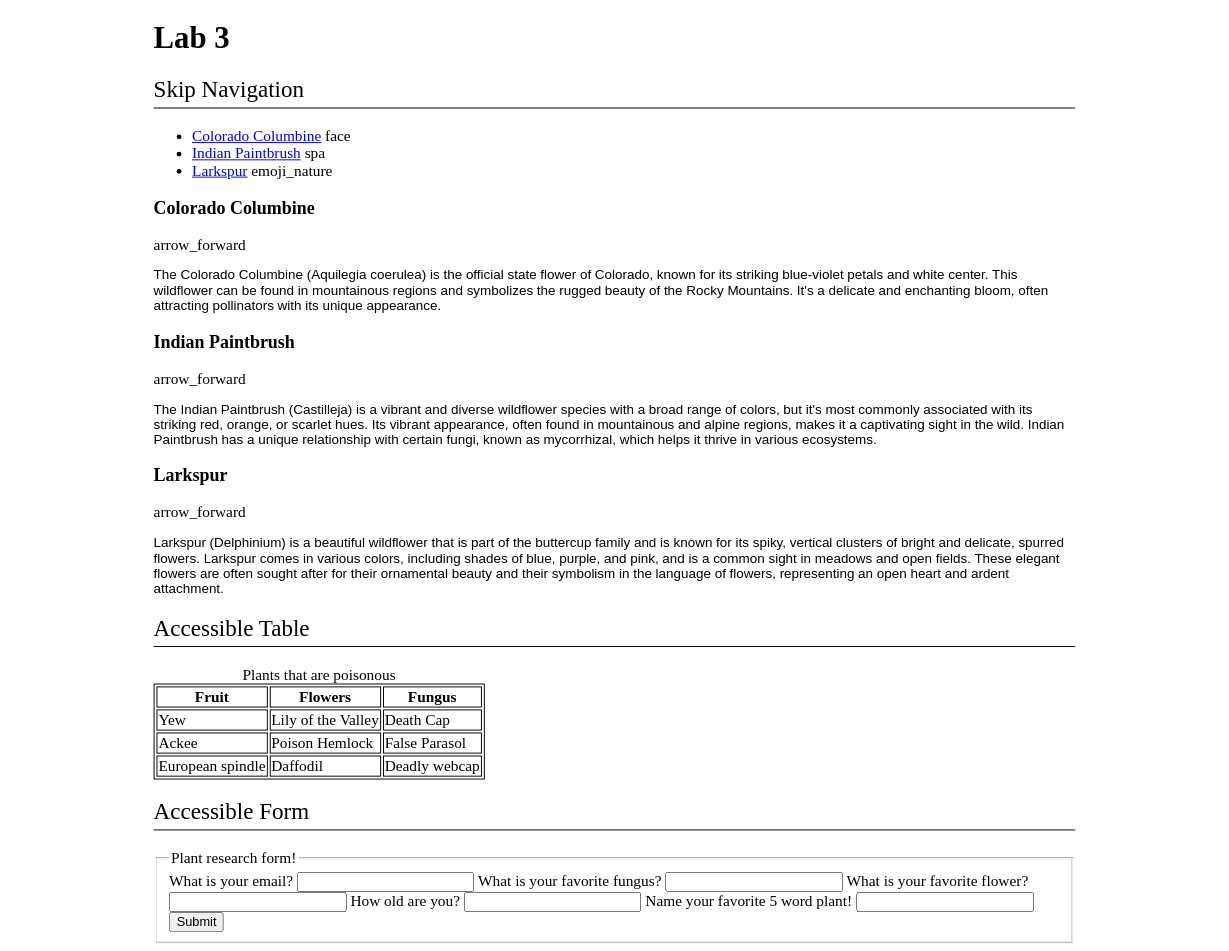
Repository: ethan-schrauf/UniversalDesignWebsite
Page: lab3.html
The author's editor kept a copy of each file at every save. The page is drawn from the files as they stood at one save, then again after the next save.
The browser window is 1280 px wide. The pictures show the whole page, at 96% of full size.

Above is the page before, as saved 2023-10-16 17:44:29.

### lab3.html
<!DOCTYPE html>
<html lang="en">

<head>
    <meta charset="UTF-8">
    <meta http-equiv="X-UA-Compatible" content="IE=edge">
    <meta name="viewport" content="width=device-width, initial-scale=1.0">
    <title>Lab 3</title>
    <link href="wikipedia.css" rel="stylesheet">
</head>

<body>

    <main>
        <div class = "container">
            <header>
                <h1>Lab 3</h1>
            </header>
        <!-- SKIP NAVIGATION -->
        <h2>Skip Navigation</h2>
        <nav>
            <ul>
                <li><a href="#colorado-columbine">Colorado Columbine</a> <span aria-hidden="true"
                        class="material-icons">face</span></li>
                <li><a href="#indian-paintbrush">Indian Paintbrush</a> <span aria-hidden="true"
                        class="material-symbols-outlined">spa</span></li>
                <li><a href="#larkspur">Larkspur</a> <span aria-hidden="true"
                        class="material-symbols-outlined">emoji_nature</span></li>
            </ul>
        </nav>
        <section id="colorado-columbine">
            <h3>Colorado Columbine</h3>
            <span aria-hidden="true" class="material-icons">arrow_forward</span>
            <p>The Colorado Columbine (Aquilegia coerulea) is the official state flower of Colorado, known for its
                striking blue-violet petals and white center. This wildflower can be found in mountainous regions and
                symbolizes the rugged beauty of the Rocky Mountains. It's a delicate and enchanting bloom, often
                attracting pollinators with its unique appearance.</p>
        </section>
        <section id="indian-paintbrush">
            <h3>Indian Paintbrush</h3>
            <span aria-hidden="true" class="material-icons">arrow_forward</span>
            <p>The Indian Paintbrush (Castilleja) is a vibrant and diverse wildflower species with a broad range of
                colors, but it's most commonly associated with its striking red, orange, or scarlet hues. Its vibrant
                appearance, often found in mountainous and alpine regions, makes it a captivating sight in the wild.
                Indian Paintbrush has a unique relationship with certain fungi, known as mycorrhizal, which helps it
                thrive in various ecosystems.</p>
        </section>
        <section id="larkspur">
            <h3>Larkspur</h3>
            <span aria-hidden="true" class="material-icons">arrow_forward</span>
            <p>Larkspur (Delphinium) is a beautiful wildflower that is part of the buttercup family and is known for
                its spiky, vertical clusters of bright and delicate, spurred flowers. Larkspur comes in various
                colors, including shades of blue, purple, and pink, and is a common sight in meadows and open
                fields. These elegant flowers are often sought after for their ornamental beauty and their symbolism
                in the language of flowers, representing an open heart and ardent attachment.</p>
        </section>

        <!-- TABLE -->
        <section>
            <section id="table"></section>
            <h2>Accessible Table</h2>
            <table>
                <caption>Plants that are poisonous</caption>
                <thead>
                    <tr>
                        <th scope="col">Fruit</th>
                        <th scope="col">Flowers</th>
                        <th scope="col">Fungus</th>
                    </tr>
                </thead>
                <tbody>
                    <tr>
                        <td>Yew</td>
                        <td>Lily of the Valley</td>
                        <td>Death Cap</td>
                    </tr>
                    <tr>
                        <td>Ackee</td>
                        <td>Poison Hemlock</td>
                        <td>False Parasol</td>
                    </tr>
                    <tr>
                        <td>European spindle</td>
                        <td>Daffodil</td>
                        <td>Deadly webcap</td>
                    </tr>
                </tbody>
            </table>
        </section>


        <section>
            <h2>Accessible Form</h2>
              <form id="myform" method="post">
              <fieldset>
                <legend>Plant research form!</legend>

                <label for="email">
                What is your email?
                <input type="email" id="email">
                </label>

                <label for="website">
                What is your favorite fungus?
                <input type="url" id="website">
                </label>

                <label for="phone">
                What is your favorite flower?
                <input type="tel" id="phone" minlength="7">
                </label>

                <label for="age">
                How old are you?
                <input type="number" id="age" min="0">
                </label>

                <label for="password">
                Name your favorite 5 word plant!
                <input type="text" id="password" maxlength="5" minlength="5" required>
                </label>


              <input type="submit">
              </fieldset>
              </form>
            </section>
        </div>
    </main>

</body>

</html>

### wikipedia.css

#intro {
    float: left;
    width: 70%;
}

#infobox {
    float: right;
    width: 30%;
    text-align: center;
}

#infobox img {
    max-width: 100%;
    height: auto;
}

/* New section for the fashion week photo */
#fashion-week-photo {
    float: right;
    width: 35%;
    margin-left: 20px; /* Add some margin to separate it from the text */
}

#fashion-week-photo img {
    max-width: 100%;
    height: auto;
}

/* Add a line below h2 headings */
h2 {
    border-bottom: 1px solid #000; /* Change the color and style as needed */
    padding-bottom: 5px; /* Adjust the spacing between the text and the line */
}

/* Add the .sr-only class styles */
.sr-only {
    border: 0;
    clip: rect(0, 0, 0, 0);
    height: 1px;
    margin: -1px;
    overflow: hidden;
    padding: 0;
    position: absolute;
    white-space: nowrap;
    width: 1px;
}

/* Apply Arial font to all paragraphs */
p {
    font-family: Arial, sans-serif;
    font-size: 14px;
}

/* Unbold all h2 headings */
h2 {
    font-weight: normal;
}

.container {
    margin: 0 auto;
    max-width: 960px;
}

table, th, td {
    border: 1px solid;
}

After the next save:
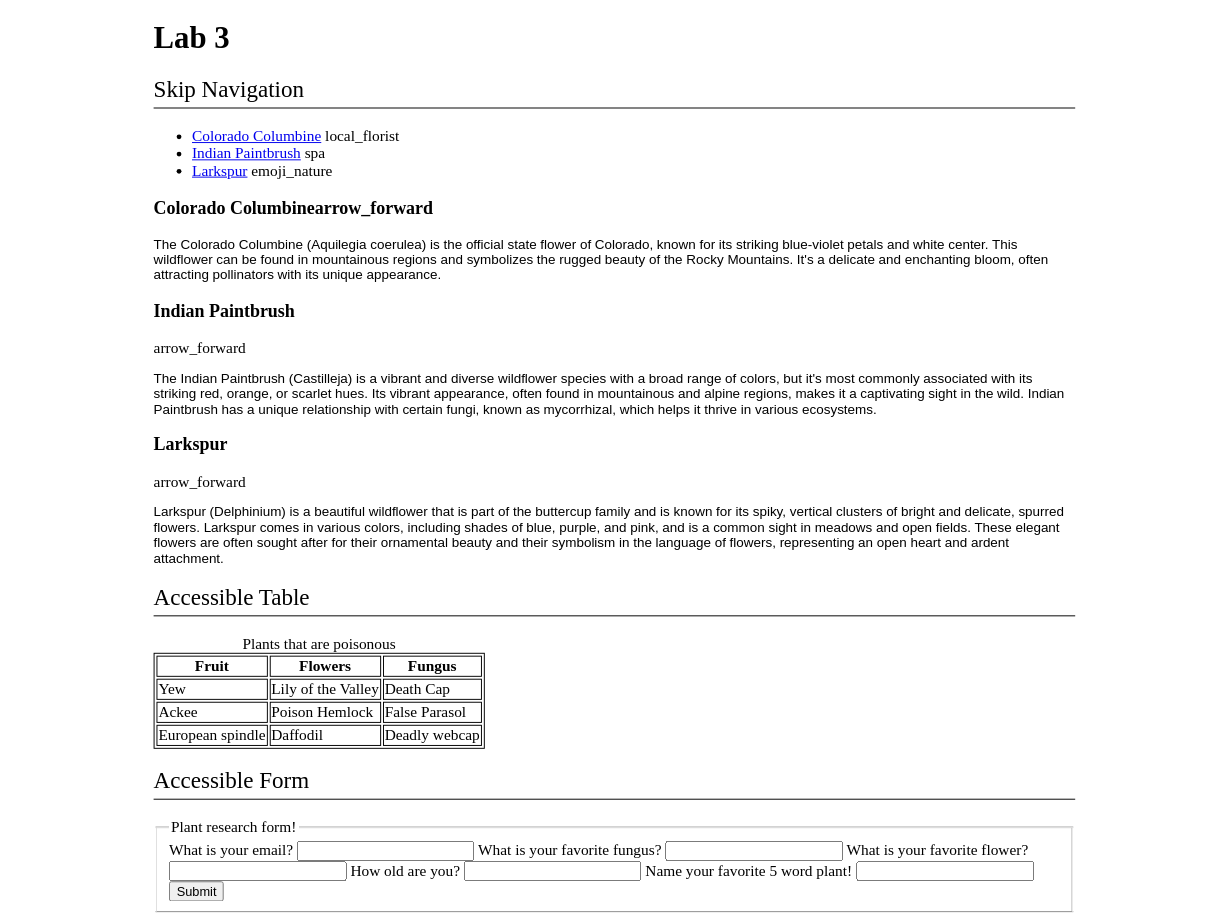
Saved 4 min 30 s later.
--- a/lab3.html
+++ b/lab3.html
@@ -21,7 +21,7 @@
         <nav>
             <ul>
                 <li><a href="#colorado-columbine">Colorado Columbine</a> <span aria-hidden="true"
-                        class="material-icons">face</span></li>
+                        class="material-icons">local_florist</span></li>
                 <li><a href="#indian-paintbrush">Indian Paintbrush</a> <span aria-hidden="true"
                         class="material-symbols-outlined">spa</span></li>
                 <li><a href="#larkspur">Larkspur</a> <span aria-hidden="true"
@@ -29,8 +29,8 @@
             </ul>
         </nav>
         <section id="colorado-columbine">
-            <h3>Colorado Columbine</h3>
-            <span aria-hidden="true" class="material-icons">arrow_forward</span>
+            <h3>Colorado Columbine<span aria-hidden="true" class="material-icons">arrow_forward</span></h3>
+
             <p>The Colorado Columbine (Aquilegia coerulea) is the official state flower of Colorado, known for its
                 striking blue-violet petals and white center. This wildflower can be found in mountainous regions and
                 symbolizes the rugged beauty of the Rocky Mountains. It's a delicate and enchanting bloom, often
